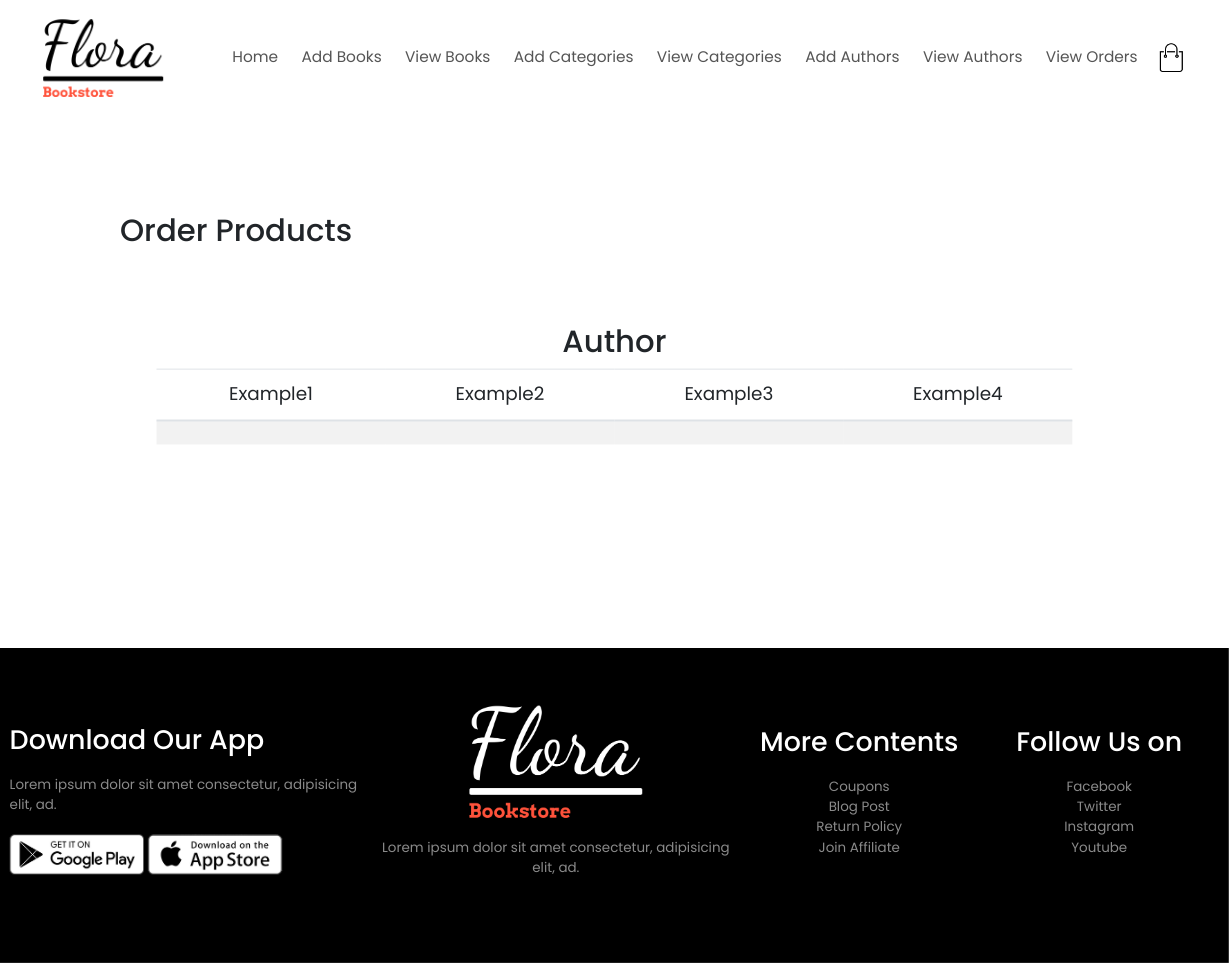
Repository: Uncaught-TypeError/Book-Store-System
Page: http://localhost/detailorder
An editor plug-in stored every save of this project. The page is shown before and after the next save, followed by the edit.
The browser window is 1280 px wide. The pictures show the whole page, at 96% of full size.
Some web libraries are served in a nearby version. The page is this project's Thymeleaf template; nobody is signed in. The template is opened directly, without the code that normally fills it, so the values that code supplies are empty.

Above is the page before, as saved 2022-12-30 17:06:04.

### Thymeleaf_Projects_Book_Store/src/main/resources/templates/detailorder.html
<!DOCTYPE html>
<html lang="en" xmlns:th="http://www.thymeleaf.org">
<head>
    <meta charset="UTF-8">
    <meta http-equiv="X-UA-Compatible" content="IE=edge">
    <meta name="viewport" content="width=device-width, initial-scale=1.0">
    <link rel="preconnect" href="https://fonts.googleapis.com">
    <link rel="preconnect" href="https://fonts.gstatic.com" crossorigin>
    <link href="https://fonts.googleapis.com/css2?family=Poppins:wght@300;400;500;600;700&display=swap" rel="stylesheet">
    <script src="https://kit.fontawesome.com/a96c5020c6.js" crossorigin="anonymous"></script>
    <link rel="stylesheet" href="https://cdn.jsdelivr.net/npm/bootstrap@4.0.0/dist/css/bootstrap.min.css" integrity="sha384-Gn5384xqQ1aoWXA+058RXPxPg6fy4IWvTNh0E263XmFcJlSAwiGgFAW/dAiS6JXm" crossorigin="anonymous">
    <link rel="stylesheet" href="../style.css">
    <title>Order Detail Page</title>
</head>
<body>
    <div class="container">
        <div class="navbar">
            <div class="logo">
                <a th:href="@{/homepage}"><img src="images/flora1.png" width="125px"></a>
            </div>
            <nav>
                <ul id="MenuItems">
                    <li><a th:href="@{/homepage}">Home</a></li>
                    <li><a th:href="@{/bookform}">Add Books</a></li>
                    <li><a th:href="@{/books}">View Books</a></li>
                    <li><a th:href="@{/categoryform}">Add Categories</a></li>
                    <li><a th:href="@{/categorytable}">View Categories</a></li>
                    <li><a th:href="@{/authorsform}">Add Authors</a></li>
                    <li><a th:href="@{/authortable}">View Authors</a></li>
                    <li><a th:href="@{/vieworder}">View Orders</a></li>
                </ul>
            </nav>
            <a th:href="@{/homepage}"><img src="images/cart.png" width="30px" height="30px"></a>
            <img src="images/menu.png" class="menu-icon" onclick="menutoggle()">
        </div>
    </div>

    <!-- feature products -->

    <div class="small-container">
        <div class="row row-2">
            <h2>Order Products</h2>
            <th:block th:each="order:${orderdetail}">
            	<p th:text="${order.quantity}"></p>
            <!-- <select name="" id="">
                <option value="">Default Sorting</option>
                <option value="">Sort by Price</option>
                <option value="">Sort by Popularity</option>
                <option value="">Sort by Rating</option>
                <option value="">Sort by Sale</option>
            </select> -->
            </th:block>
        </div>
        <div class="row">
                <div class="col-4" th:each="order:${orderdetail}">
                    <img th:src="@{'/uploads/'+${order.book.img}}">
                    <h4 th:text="${order.book.title}" style="font-weight:bold; font-size: 20px; color: #ff523b;"></h4>
                    <div class="rating">
                        <p th:text="${order.book.author.name}" style="font-size: 18px; color: black;"></p>
                    </div>
                    <p th:text="${order.book.price}" style="color: black;"></p>
                </div>
        </div>
        <div class="row">
            <div class="table-container2">
                <h2>Author</h2>
                <!-- <form th:action="@{search-author}" class="searchform">
                    <input type="search" placeholder="Search Author" th:name="search">
                    <button class="search-btn" type="submit" value="Search">Search</button>
                </form> -->
                <table class="table table-striped table-hover author-table">
                    <thead>
                        <tr>
                            <th>Example1</th>
                            <th>Example2</th>
                            <th>Example3</th>
                            <th>Example4</th>
                        </tr>
                    </thead>
                    <tbody>
                        <tr>
                            <td></td>
                            <td></td>
                            <td></td>
                            <td></td>
                        </tr>
                    </tbody>
                </table>
            </div>
        </div>
        <!-- <div class="page-btn">
            <span>1</span>
            <span>2</span>
            <span>3</span>
            <span>4</span>
            <span>&#8594;</span>
        </div> -->
    </div>

    <div class="footer">
        <div class="container">
            <div class="row">
                <div class="footer-col-1">
                    <h3>Download Our App</h3>
                    <p>Lorem ipsum dolor sit amet consectetur, adipisicing elit, ad.</p>
                    <div class="app-logo">
                        <img src="images/play-store.png">
                        <img src="images/app-store.png">
                    </div>
                </div>
                <div class="footer-col-2">
                    <img src="images/flora2.png">
                    <p>Lorem ipsum dolor sit amet consectetur, adipisicing elit, ad.</p>
                </div>
                <div class="footer-col-3">
                    <h3>More Contents</h3>
                    <ul>
                        <li>Coupons</li>
                        <li>Blog Post</li>
                        <li>Return Policy</li>
                        <li>Join Affiliate</li>
                    </ul>
                </div>
                <div class="footer-col-4">
                    <h3>Follow Us on</h3>
                    <ul>
                        <li>Facebook</li>
                        <li>Twitter</li>
                        <li>Instagram</li>
                        <li>Youtube</li>
                    </ul>
                </div>
            </div>
            <hr>
        </div>
    </div>

    <!-- JavaScript -->
    <script src="https://code.jquery.com/jquery-3.2.1.slim.min.js" integrity="sha384-KJ3o2DKtIkvYIK3UENzmM7KCkRr/rE9/Qpg6aAZGJwFDMVNA/GpGFF93hXpG5KkN" crossorigin="anonymous"></script>
    <script src="https://cdn.jsdelivr.net/npm/popper.js@1.12.9/dist/umd/popper.min.js" integrity="sha384-ApNbgh9B+Y1QKtv3Rn7W3mgPxhU9K/ScQsAP7hUibX39j7fakFPskvXusvfa0b4Q" crossorigin="anonymous"></script>
    <script src="https://cdn.jsdelivr.net/npm/bootstrap@4.0.0/dist/js/bootstrap.min.js" integrity="sha384-JZR6Spejh4U02d8jOt6vLEHfe/JQGiRRSQQxSfFWpi1MquVdAyjUar5+76PVCmYl" crossorigin="anonymous"></script>
    <script>
        var MenuItems = document.getElementById("MenuItems");
        MenuItems.style.maxHeight = "0px";

        function menutoggle(){
            if(MenuItems.style.maxHeight == "0px"){
                MenuItems.style.maxHeight = "300px";
            }
            else{
                MenuItems.style.maxHeight = "0px";
            }
        }

    </script>

</body>
</html>

### Thymeleaf_Projects_Book_Store/src/main/resources/static/style.css
*{
    margin: 0;
    padding: 0;
    box-sizing: border-box;
}

body{
    font-family: 'Poppins', sans-serif;
}

/* homepage */

.navbar{
    display: flex;
    align-items: center;
    padding: 20px;
}

nav{
    flex: 1;
    text-align: right;

    cursor: pointer;
}

nav ul{
    display: inline-block;
    list-style-type: none;
}

nav ul li{
    display: inline;
    margin-right: 20px;
}

.dropdown1{
    float: left;
    overflow: hidden;
}

.dropdown-content1{
    display: none;
    position: absolute;
    background-color: #fde9e9;
    min-width: 160px;
    box-shadow: 0px 8px 16px 0px rgba(0,0,0,0.2);
    z-index: 1;
}

.dropdown-content1 a{
    float: none;
    color: #555;
    padding: 12px 16px;
    margin: 10px;
    text-decoration: none;
    display: block;
    text-align: left;
}

.dropdown-content1 a:hover {
    background-color: rgb(248, 222, 222);
}

.dropdown1:hover .dropdown-content1 {
    display: block;
}

a{
    text-decoration: none;
    color: #555;
}

p{
    color: #555;
}

.container{
    max-width: 1300px;
    margin: auto;
    padding-left: 25px;
    padding-right: 25px;
}

.row{
    display: flex;
    align-items: center;
    flex-wrap: wrap;
    justify-content: space-around;
}

.col-2{
    flex-basis: 50%;
    min-width: 300px;
}

.col-2 img{
    max-width: 100%;
    padding: 50px 0;
}

.col-2 h1{
    font-size: 50px;
    line-height: 60px;
    margin: 25px 0;
}

.btn{
    display: inline-block;
    background: #ff523b;
    color: #fff;
    padding: 8px 30px;
    margin: 30px 0;
    border-radius: 30px;
    transition: background 0.5s;
}

.btn:hover{
    background: #563434;
}

.header{
    background: radial-gradient(#fff, #ffd6d6);
}

.header .row{
    margin-top: 70px;
}

.categories{
    margin: 70px 0;
}

.col-3{
    flex-basis: 30%;
    min-width: 250px;
    margin-bottom: 30px;
}

.col-3 img{
    width: 100%;
}

.small-container{
    max-width: 1080px;
    margin: auto;
    padding-left: 25px;
    padding-right: 25px;
}

.col-4{
    flex-basis: 25%;
    padding: 10px;
    min-width: 200px;
    margin-bottom: 50px;
    transition: transform 0.5s;
}

.col-4 img{
    width: 100%;
}

.title{
    text-align: center;
    margin: 0 auto 80px;
    position: relative;
    line-height: 60px;
    color: #555;
}

.title::after{
    content: "";
    background: #ff523b;
    width: 80px;
    height: 5px;
    border-radius: 5px;
    position: absolute;
    bottom: 0;
    left: 50%;
    transform: translateX(-50%);
}

h4{
    color: #555;
    font-weight: normal;
}

.col-4 p{
    font-size: 14px;
}

.rating .fa-star{
    color: #ff523b;
}

.col-4:hover{
    transform: translateY(-5px);
}

.offer{
    background: radial-gradient(#fff, #ffd6d6);
    margin-top: 80px;
    padding: 30px 0;
}

.col-2 .offer-img{
    padding: 50px;
}

small{
    color: #555;
}

.testimonial{
    padding-top: 100px;
}

.testimonial .col-3{
    text-align: center;
    padding: 40px 20px;
    box-shadow: 0 0 20px 0px rgba(0, 0, 0, 0.1);
    cursor: pointer;
    transition: transform 0.5s;
}

.testimonial .col-3 img{
    width: 50px;
    margin-top: 20px;
    border-radius: 50%;
}

.testimonial .col-3:hover{
    transform: translateY(-10px);
}

.fa-quote-left{
    font-size: 34px;
    color: #ff523b;
}

.col-3 p{
    font-size: 12px;
    margin: 12px 0;
    color: #777;
}

.testimonial .col-3 h3{
    font-weight: 600;
    color: #555;
    font-size: 16px;
}

.brands{
    margin: 100px auto;
}

.col-5{
    width: 30px;
}

.col-5 img{
    width: 100%;
    cursor: pointer;
    filter: grayscale(100%);
}

.col-5 img:hover{
    filter: grayscale(0);
}

/* footer */

.footer{
    background: #000;
    color: #8a8a8a;
    font-size: 14px;
    padding: 60px 0 20px;
}

.footer p{
    color: #8a8a8a;
}

.footer h3{
    color: #fff;
    margin-bottom: 20px;
}

.footer-col-1,
.footer-col-2,
.footer-col-3,
.footer-col-4{
    min-width: 250px;
    margin-bottom: 20px;
}

.footer-col-1{
    flex-basis: 30%;
}

.footer-col-2{
    flex: 1;
    text-align: center;
}

.footer-col-2 img{
    width: 180px;
    margin-bottom: 20px;
}

.footer-col-3,
.footer-col-4{
    flex-basis: 12%;
    text-align: center;
}

ul{
    list-style: none;
}

.app-logo{
    margin-top: 20px;
}

.app-logo img{
    width: 140px;
}

.footer h2{
    border: none;
    background: #b5b5b5;
    height: 1px;
    margin: 20px 0;
}

.menu-icon{
    width: 28px;
    margin-left: 20px;
    display: none;
}

/* Product Page */

.row-2{
    justify-content: space-between;
    margin: 100px auto 50px;
}

datalist{
    border: 1px solid #ff523b;
    padding: 5px;
}

datalist:hover{
    outline: none;
}

/* .page-btn{
    margin: 0 auto 80px;
}

.page-btn span{
    display: inline-block;
    border: 1px solid #ff523b;
    margin-left: 10px;
    width: 40px;
    height: 40px;
    text-align: center;
    line-height: 40px;
    cursor: pointer;
}

.page-btn span:hover{
    background: #ff523b;
    color: #fff;
} */

/* Single Product Details */

.single-product{
    margin-top: 80px;
}

.single-product .col-2 img{
    padding: 0;
}

.single-product .col-2{
    padding: 20px;
}

.single-product h4{
    margin: 20px 0;
    font-size: 22px;
    font-weight: bold;
}
.single-product select{
    display: block;
    padding: 10px;
    margin-top: 20px;
}

.single-product input{
    width: 50px;
    height: 40px;
    padding-left: 10px;
    font-size: 20px;
    margin-right: 10px;
    border: 1px solid #ff523b;
}

input:focus{
    outline: none;
}

.single-product .fa-indent{
    color: #ff523b;
    margin-left: 10px;
}

.small-img-row{
    display: flex;
    justify-content: space-between;
}

.small-img-col{
    flex-basis: 24%;
    cursor: pointer;
}

/* Cart items */

.cart-page{
    margin: 80px auto;
}

.cart-table{
    width: 100%;
    border-collapse: collapse;
}

.cart-info{
    display: flex;
    flex-wrap: wrap;
}

.cart-table th{
    text-align: left;
    padding: 5px;
    color: #fff;
    background: #ff523b;
    font-weight: normal;
}

.cart-table td{
    padding: 10px 5px;
}

.cart-table td input{
    width: 40px;
    height: 30px;
    padding: 5px;
}

.cart-table td a{
    color: #ff523b;
    font-size: 12px;
}

.cart-table td img{
    width: 80px;
    height: 80px;
    margin-right: 10px;
}

.total-price{
    display: flex;
    justify-content: flex-end;
}

.total-price table{
    border-top: 3px solid #ff523b;
    width: 100%;
    max-width: 400px;
}

.cart-table td:last-child{
    text-align: right;
}

.cart-table th:last-child{
    text-align: right;
}


/* account-page */

.account-page{
    padding: 50px 0;
    background: radial-gradient(#fff, #ffd6d6);
}

.form-container{
    background: #fff;
    width: 300px;
    height: 400px;
    position: relative;
    text-align: center;
    padding: 20px 0;
    margin: auto;
    box-shadow: 0 0 20px 0px rgba(0, 0, 0, 0.1);
    overflow: hidden;
}

.form-container span{
    font-weight: bold;
    padding: 0 10px;
    color: #555;
    cursor: pointer;
    width: 100px;
    display: inline-block;
}

.form-container .logintitle{
    position: relative;
    text-align: center;
    padding: 20px 0;
    margin: auto;
    overflow: hidden;
    font-size:  20px;
}

.form-btn{
    display: inline-block;
}

.form-container .regform{
    max-width: 300px;
    padding: 0 20px;
    position: absolute;
    top: 90px;
    transition: transform 1s;
}

.form-container .loginform{
    max-width: 300px;
    padding: 0 20px;
    position: absolute;
    top: 90px;
    transition: transform 1s;
}

.form-container form{
    max-width: 300px;
    padding: 0 20px;
    position: absolute;
    top: 150px;
    transition: transform 1s;
}

form input{
    width: 100%;
    height: 30px;
    margin: 10px 0;
    padding: 0 10px;
    border: 1px solid #ccc;
}

.radio-form{
    display: inline-block;
    font-size: 15px;
    font-weight: normal;
}

input[type=radio] {
    border: 0px;
    width: 100%;
    height: 1.8em;
}

form .btn{
    width: 100%;
    border: none;
    cursor: pointer;
    margin: 10px 0;
}

form .btn:focus{
    outline: none;
}

#LoginForm{
    left: -300px;
}

#RegForm{
    left: 0;
}

form a{
    font-size: 12px;
}

#Indicator{
    width: 100px;
    border: none;
    background: #ff523b;
    height: 3px;
    margin-top: 8px;
    transform: translateX(100px);
    transition: transform 1s;
}

/* Author page */

.table-container2{
    width: 100%;
    position: relative;
    text-align: center;
    padding: 20px 0;
    margin-bottom: 192px;
}

.searchform{
    width: 500px;
    margin: auto;
    padding: 20px 25px;
}

.searchform input{
    width: 200px;
    height: 30px;
    margin: 10px 0;
    padding: 0 10px;
    border: 1px solid #ccc;
}

.search-btn{
    display: inline-block;
    background: #ff523b;
    color: #fff;
    padding: 5px 30px;
    margin: 0 30px;
    border-radius: 30px;
    transition: background 0.5s;
    border-style: none;
}

.search-btn:hover{
    background: #563434;
}

.author-table th{
    font-weight: normal;
    font-size: 1.2em;
}
.author-table{
    font-weight: normal;
    width: 90%;
    margin: auto;
    table-layout: fixed;
}

.author-table td{
	word-wrap:break-word;

}

.author-table a{
    cursor: pointer;
}

.btn-text{
    color: white;
}

.small-container2{
    max-width: 100%;
    margin: auto;
    padding-left: 25px;
    padding-right: 25px;
    background: radial-gradient(#fff, #ffd6d6);
}

.small-container2 .row h1{
    padding: 50px;
    font-weight: normal;
}

.form-container2 h2{
    font-weight: normal;
    padding-top: 50px;
}

.form-container2{
    background: #fff;
    width: 300px;
    height: 500px;
    position: relative;
    text-align: center;
    padding: 20px 0;
    margin-bottom: 50px;
    box-shadow: 0 0 20px 0px rgba(0, 0, 0, 0.1);
    overflow: hidden;
}

.form-container2 form{
    max-width: 300px;
    padding: 0 20px;
    position: absolute;
    top: 130px;
    transition: transform 1s;
}

.smalltext{
    font-size: 10px;
}

.select-form{
    width: 100%;
    height: 30px;
    margin: 10px 0;
    padding: 0 10px;
    border: 1px solid #ccc;
}

/* Book Page */

.form-container3 h2{
    font-weight: normal;
    padding-top: 50px;
}

.form-container3{
    background: #fff;
    width: 300px;
    height: 650px;
    position: relative;
    text-align: center;
    padding: 20px 0;
    margin-bottom: 50px;
    box-shadow: 0 0 20px 0px rgba(0, 0, 0, 0.1);
    overflow: hidden;
}

.form-container3 form{
    max-width: 300px;
    padding: 0 20px;
    position: absolute;
    top: 130px;
    transition: transform 1s;
}

/* Category */

.form-container4 h2{
    font-weight: normal;
    padding-top: 50px;
}

.form-container4{
    background: #fff;
    width: 300px;
    height: 300px;
    position: relative;
    text-align: center;
    padding: 20px 0;
    margin-bottom: 112px;
    box-shadow: 0 0 20px 0px rgba(0, 0, 0, 0.1);
    overflow: hidden;
}

.form-container4 form{
    max-width: 300px;
    padding: 0 20px;
    position: absolute;
    top: 130px;
    transition: transform 1s;
}

.listdetail{
    font-weight: normal;
    width: 200px;
    margin: auto;
}


.insideli{
    font: 1em;
}
.outsideli{
    font: 1.3em;
}

.successh1{
    padding: 50px auto;
    font-weight: bold;
    margin: 206px;
}


/* Responsive */

@media only screen and (max-width: 800px){
    nav ul{
        position: absolute;
        top: 70px;
        left: 0;
        background: #333;
        width: 100%;
        overflow: hidden;
        transition: max-height 0.7s;
    }

    nav ul li{
        display: block;
        margin-right: 50px;
        margin-top: 10px;
        margin-bottom: 10px;
    }

    nav ul li a{
        color: #fff;
    }

    .menu-icon{
        display: block;
        cursor: pointer;
    }
}

/* media query for less than 600 screen size */

@media only screen and (max-width: 600px){
    .row{
        text-align: center;
    }
    .col-2,
    .col-3,
    .col-4{
        flex-basis: 100%;
    }
    .single-product .row{
        text-align: left;
    }
    .single-product .col-2{
        padding: 20px 0;
    }
    .single-product h1{
        font-size: 26px;
        line-height: 32px;
    }

    .cart-info p{
        display: none;
    }
}

After the next save:
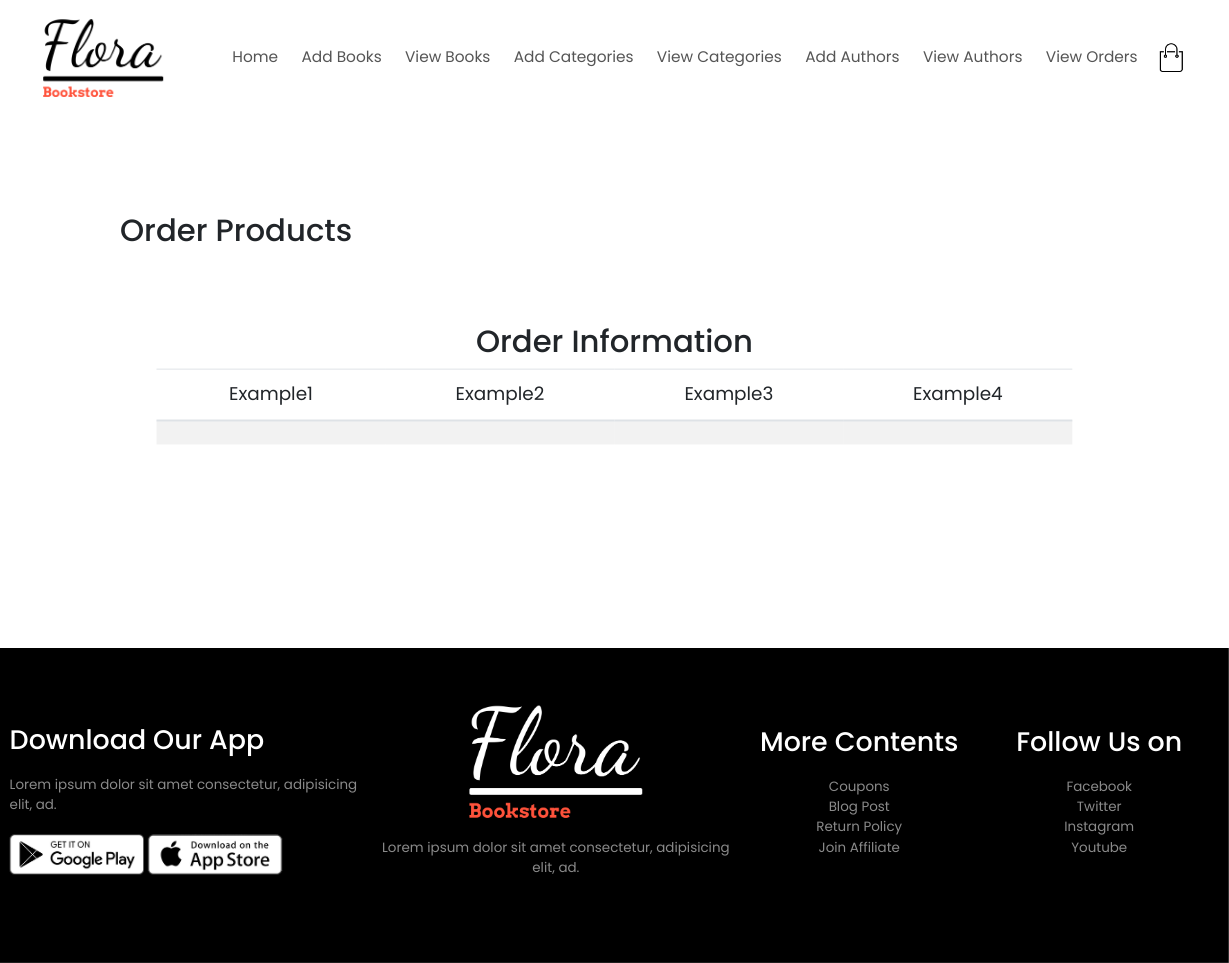
Saved 4 min 3 s later.
--- a/Thymeleaf_Projects_Book_Store/src/main/resources/templates/detailorder.html
+++ b/Thymeleaf_Projects_Book_Store/src/main/resources/templates/detailorder.html
@@ -63,7 +63,7 @@
         </div>
         <div class="row">
             <div class="table-container2">
-                <h2>Author</h2>
+                <h2>Order Information</h2>
                 <!-- <form th:action="@{search-author}" class="searchform">
                     <input type="search" placeholder="Search Author" th:name="search">
                     <button class="search-btn" type="submit" value="Search">Search</button>
